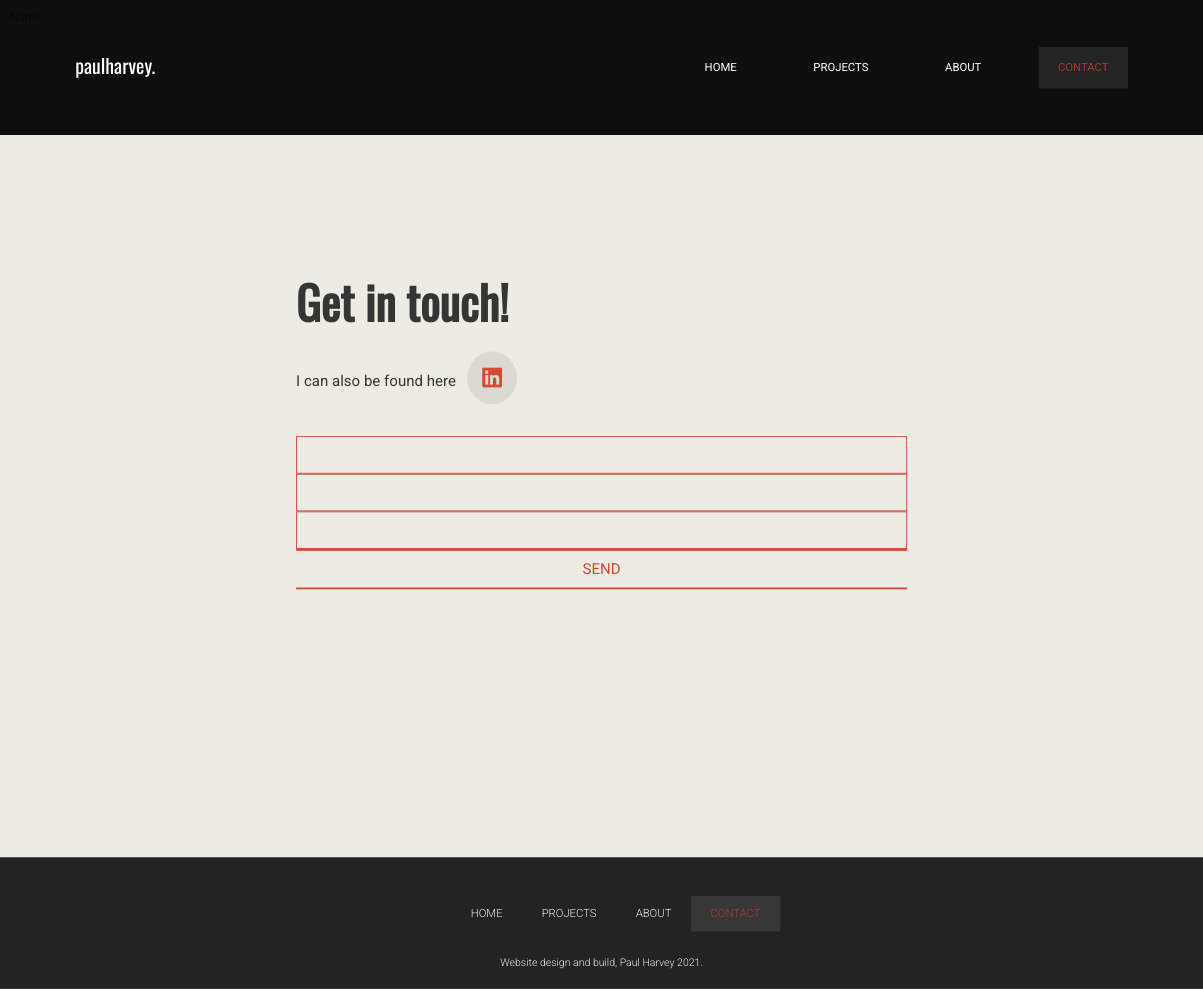
Repository: pavhns20/my-new-portfolio
Page: www/contact.html
These files come from the project's save history. The page is drawn as it stood at one moment and after the next save; the edit follows.
The browser window is 1280 px wide. The pictures show the whole page, at 94% of full size.
Some web libraries are served in a nearby version.

Above is the page before, as saved 2022-01-11 10:16:02.
Console error: TypeError: Cannot read properties of null (reading 'addEventListener')

After the next save:
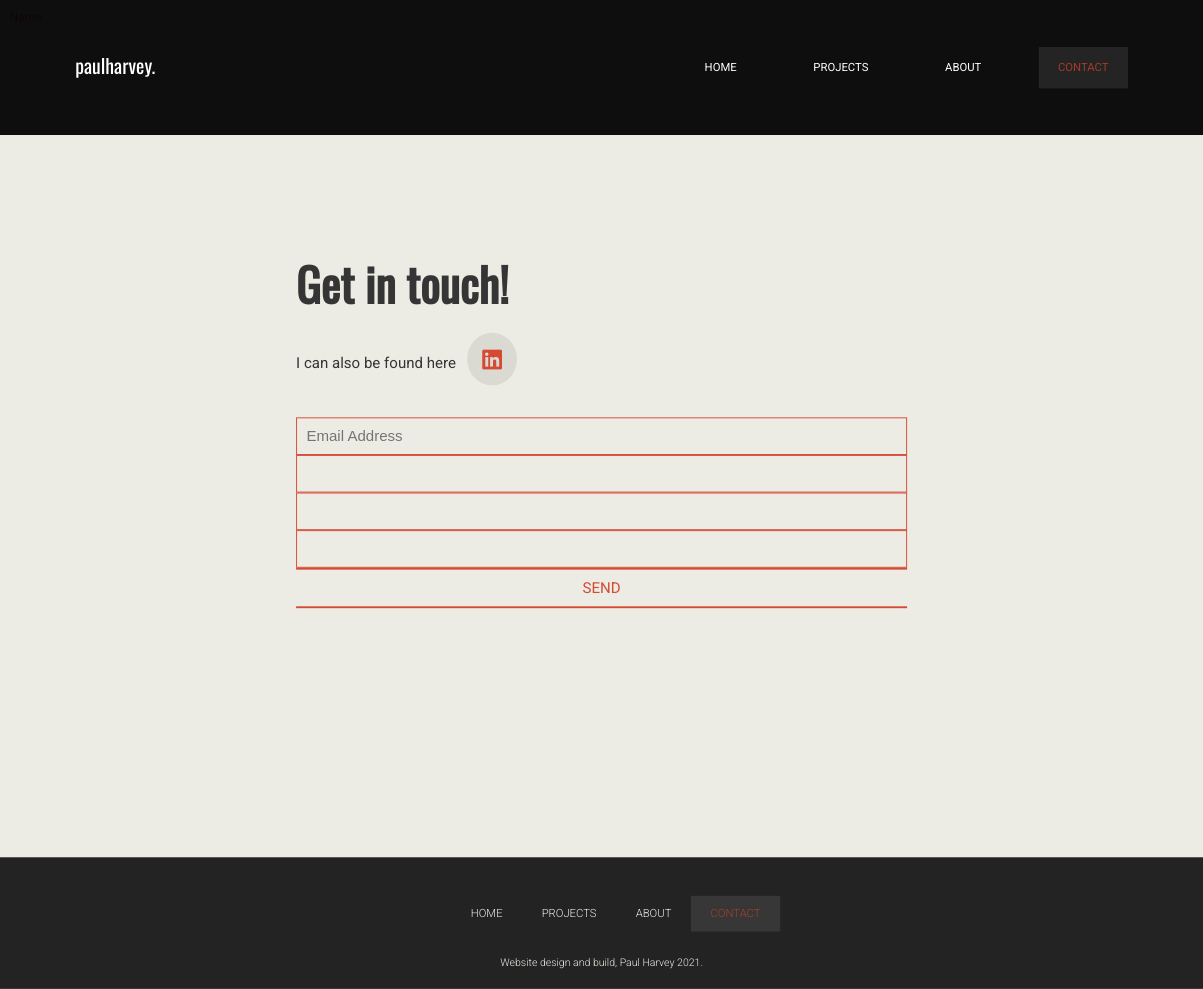
Saved 11 min 3 s later.
--- a/www/contact.html
+++ b/www/contact.html
@@ -94,8 +94,12 @@
 					></span>
 					<br /><br />
 					<form action="https://formsubmit.co/paul.harvey1@gmail.com" method="POST">
+						<input type="email" name="email" placeholder="Email Address" required>
+						<input type="hidden" name="_next" value="https://paulharveydesign.com/thankyou.html">
+
+						<label for="name">Name</label>
 						<input type="text" id="name" name="name" required>
-						<label for="name">Name</label>
+
 						<input type="email" name="email" required>
 						<input type="textarea" name="textarea" required>
 						<button type="submit" class="view-btn" id="big-btn">SEND</button>

After the save that followed:
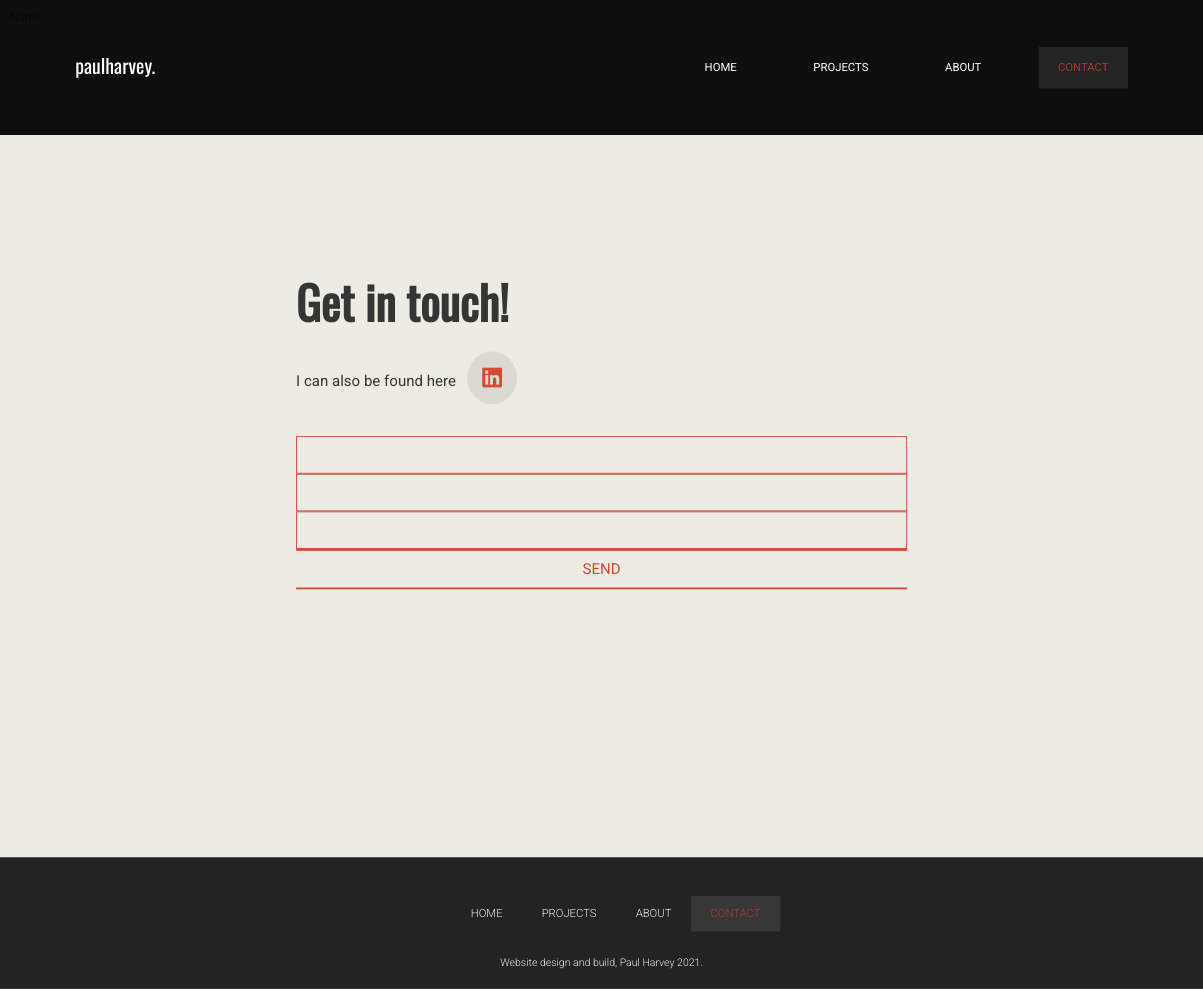
Saved 18 s later.
--- a/www/contact.html
+++ b/www/contact.html
@@ -94,7 +94,7 @@
 					></span>
 					<br /><br />
 					<form action="https://formsubmit.co/paul.harvey1@gmail.com" method="POST">
-						<input type="email" name="email" placeholder="Email Address" required>
+
 						<input type="hidden" name="_next" value="https://paulharveydesign.com/thankyou.html">
 
 						<label for="name">Name</label>
